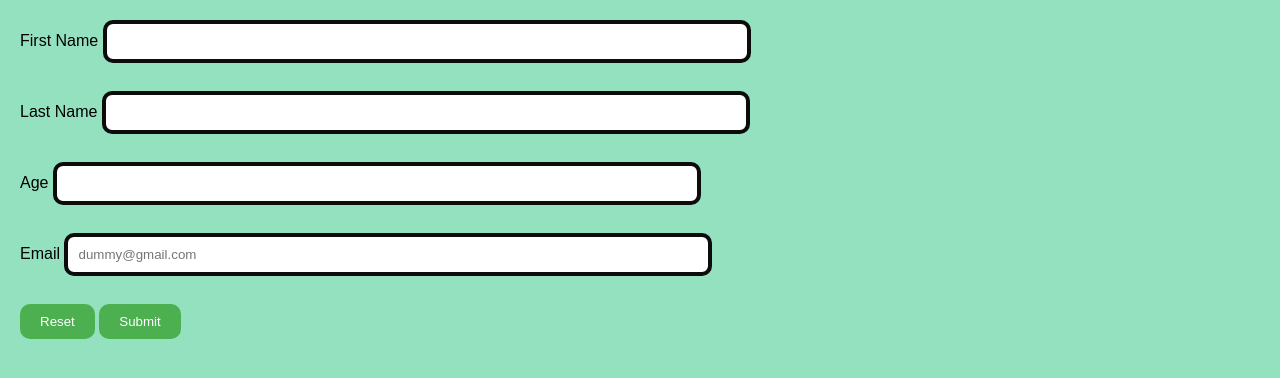
Repository: Haakim19/web-dev
Page: form.html
The author's editor kept a copy of each file at every save. The page is drawn from the files as they stood at one save, then again after the next save.
The browser window is 1280 px wide. The pictures show the whole page.

Above is the page before, as saved 2024-06-02 16:48:28.

After the next save:
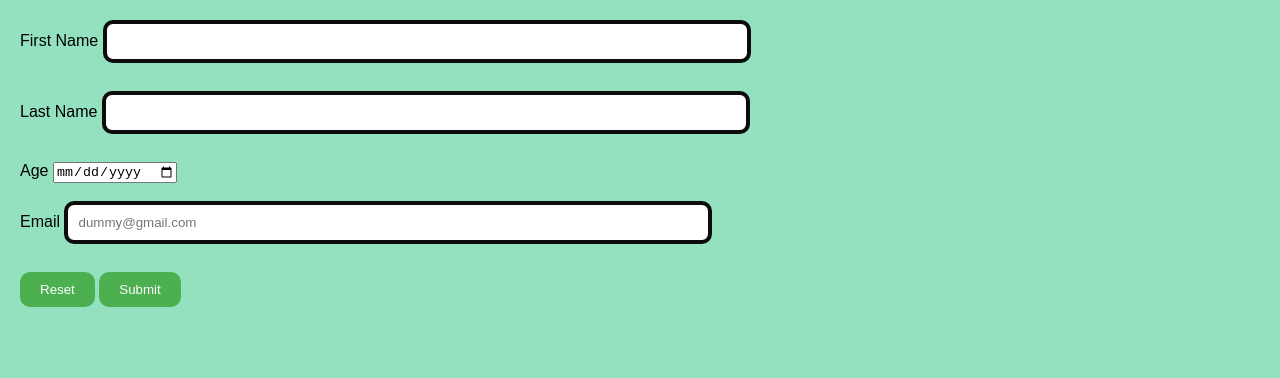
Saved 4 min 53 s later.
--- a/form.html
+++ b/form.html
@@ -24,8 +24,8 @@
         <br>
 
         <div>
-            <label for="age">Age</label>
-            <input type="number" name = "age" id = "age" min="0">
+            <label for="bday">Age</label>
+            <input type="date" name = "bday" id = "day" placeholder="dd-mm-yyyy">
 
         </div>
 
